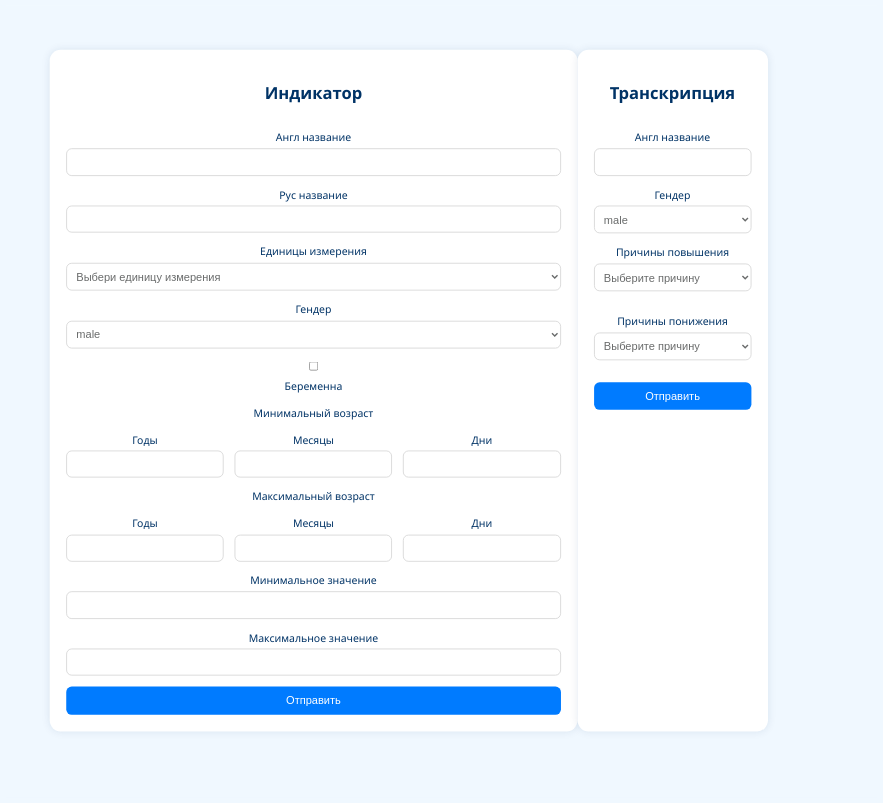
Repository: GGlebux/Transay
Page: / (app in frontend/)
These files come from the project's save history. The page is drawn as it stood at one moment and after the next save; the edit follows.
The browser window is 1280 px wide. The pictures show the whole page, at 69% of full size.
The project was rebuilt for these pictures with package versions that can differ from the ones it lists, and the page was loaded fresh each time. Also part of the build but not shown: frontend/vite.config.ts.

Above is the page before, as saved 2025-08-04 16:39:04.

After the next save:
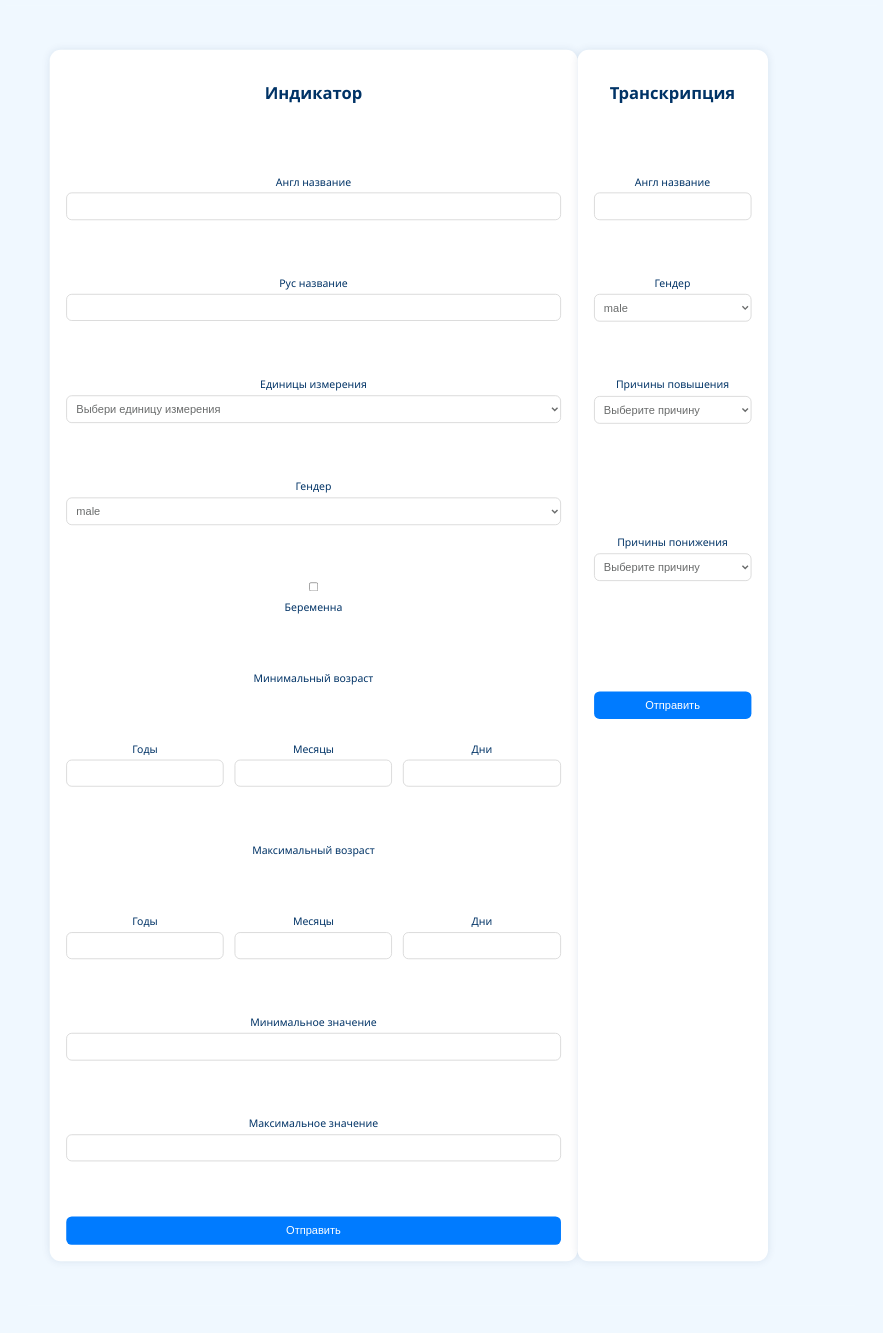
Saved 114 s later.
--- a/frontend/src/styles/forms.css
+++ b/frontend/src/styles/forms.css
@@ -37,7 +37,7 @@
   margin-bottom: 2rem;
   display: flex;
   flex-direction: column;
-  gap: 1rem;
+  gap: 5rem;
 }
 
 input,

After the save that followed:
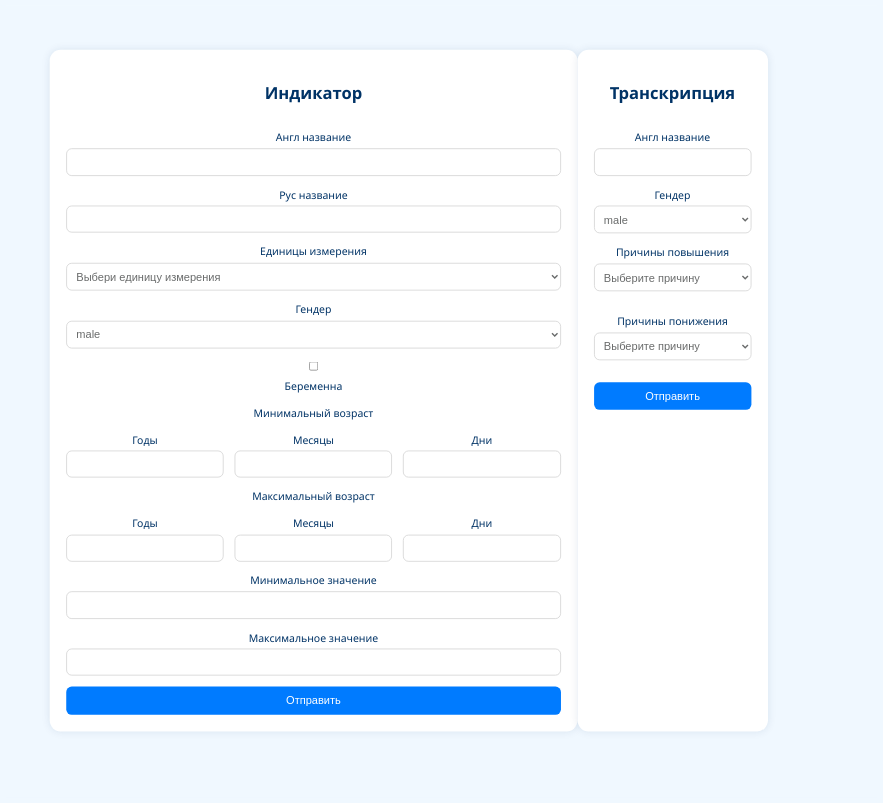
Saved 4 s later.
--- a/frontend/src/styles/forms.css
+++ b/frontend/src/styles/forms.css
@@ -37,7 +37,7 @@
   margin-bottom: 2rem;
   display: flex;
   flex-direction: column;
-  gap: 5rem;
+  gap: 1rem;
 }
 
 input,
